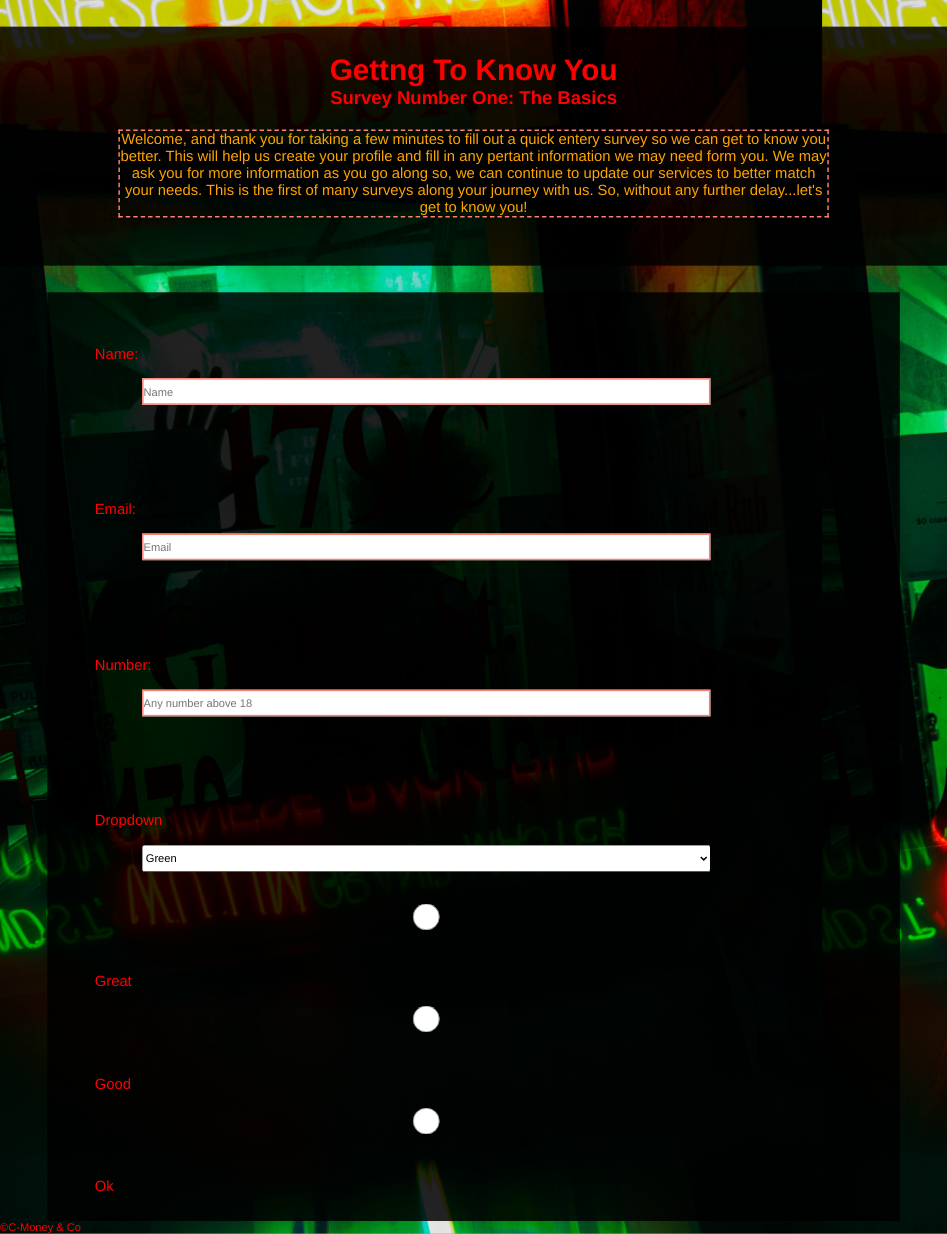
Repository: ctcoleman/surveyForm
Page: index.html
An editor plug-in stored every save of this project. The page is shown before and after the next save, followed by the edit.
The browser window is 1280 px wide. The pictures show the whole page, at 74% of full size.

Above is the page before, as saved 2020-06-26 18:32:43.
Console error: TypeError: Cannot read properties of null (reading 'addEventListener')

After the next save:
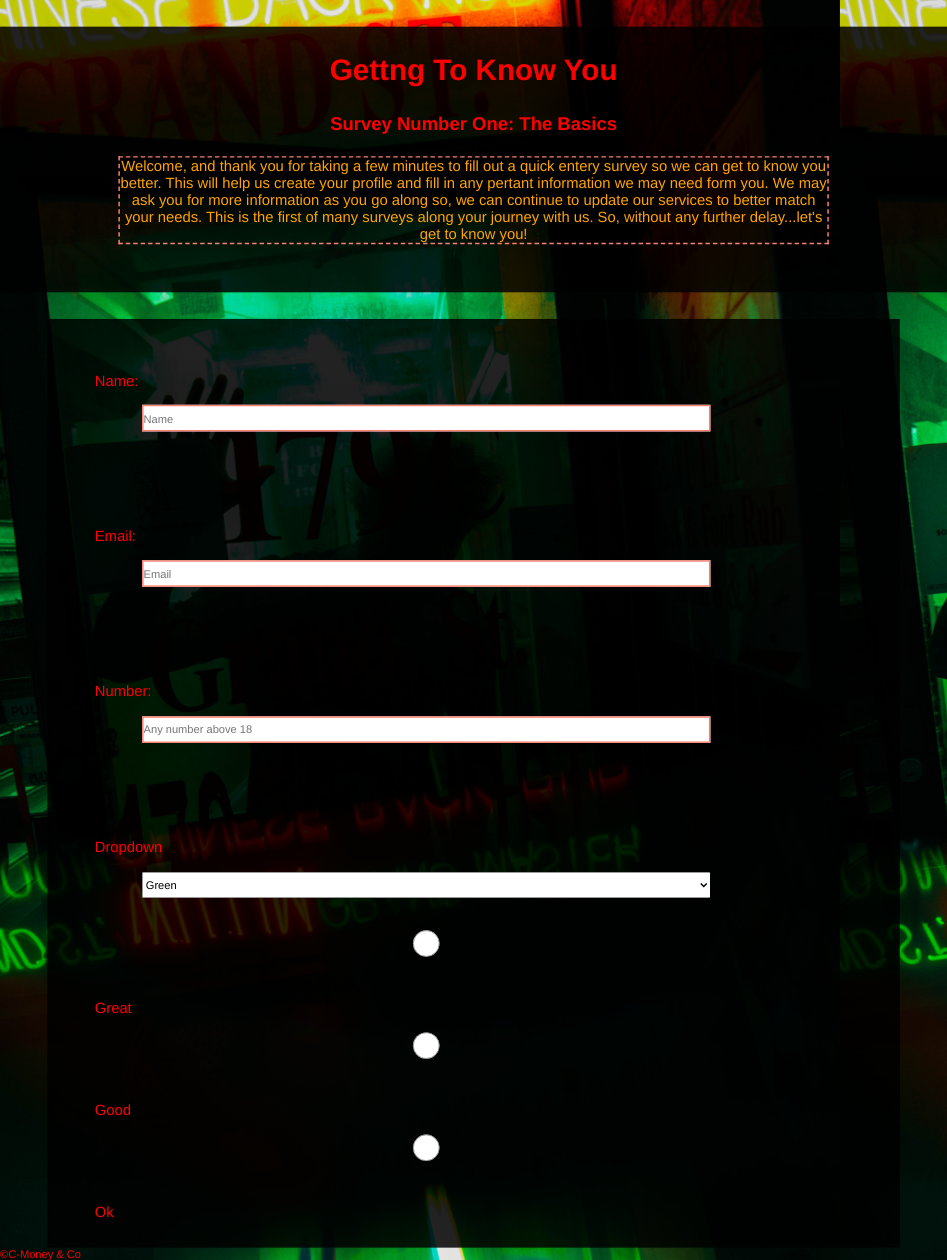
Saved 6 s later.
--- a/assets/stylesheets/index.css
+++ b/assets/stylesheets/index.css
@@ -48,7 +48,7 @@ header {
 }
 
 #title {
-  margin-bottom:
+  margin-bottom: 5vh;
 }
 
 
